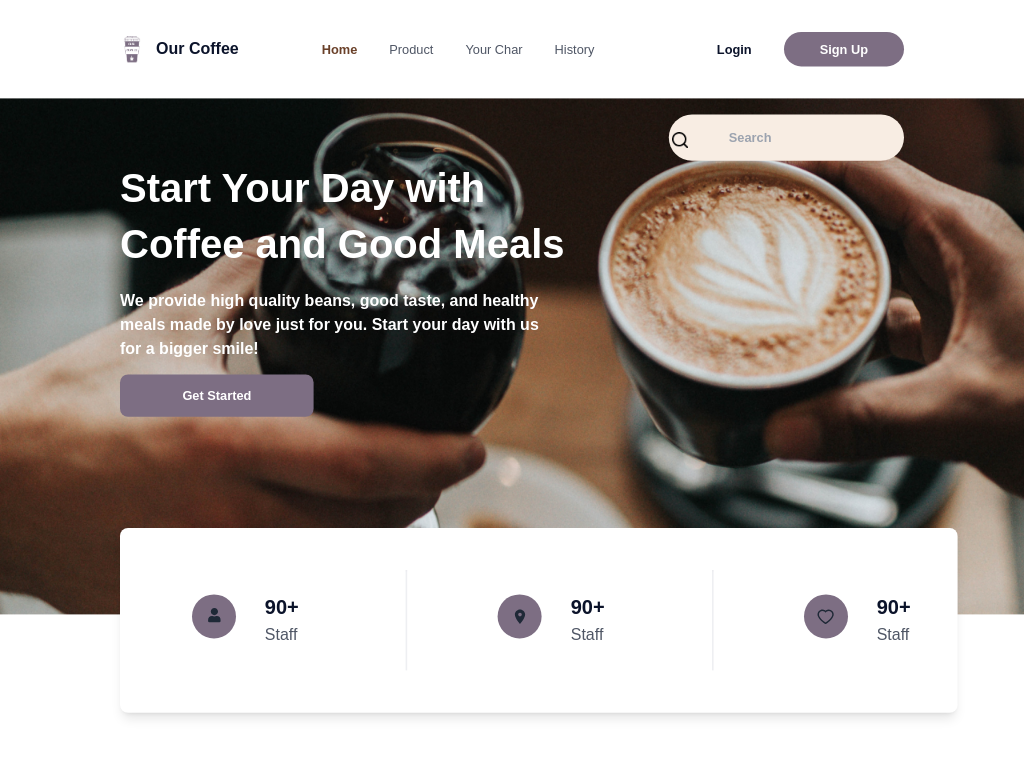
Repository: boykebn/fw12-collab2-FRONTEND
Page: / (app in our/)
An editor plug-in stored every save of this project. The page is shown before and after the next save, followed by the edit.
The browser window is 1280 px wide. The pictures show the whole page, at 80% of full size.
The project was rebuilt for these pictures with package versions that can differ from the ones it lists, and the page was loaded fresh each time. The framework's server and built-in components were replaced by stand-ins that run in the browser. Also part of the build but not shown: our/next.config.js.

Above is the page before, as saved 2022-12-30 22:33:45.

### our/pages/_app.js
import '../styles/globals.css'
import { Provider } from 'react-redux'
import {store} from '../redux/store'

export default function App({ Component, pageProps }) {
  return (
  <Provider store={store}>
    <Component {...pageProps} />
  </Provider>
  )
}

### our/pages/index.js
import React from "react";
import Image from "next/image";
import logo from "../assets/logoOurCoffee.png";
import Link from "next/link";
import search from "../assets/search.png";
import profileIcon from "../assets/profile-icon.png";
import { FaUser } from "react-icons/fa";
import { MdLocationOn } from "react-icons/md";
import { AiOutlineHeart } from "react-icons/ai";
import layer2 from "../assets/img-layer2.png";
export default function Home() {
  return (
    <div className="font-rubik">
      <div className="px-[150px] py-[45px] flex items-center">
        <div className="flex flex-1 items-center">
          <Image src={logo} alt="logo" className="w-[30px] h-[33px] mr-[15px]" />
          <span className="text-[#0B132A] text-[20px] font-bold leading-[23px]">Our Coffee</span>
        </div>
        <div className=" text-[#4F5665] text-[16px] mr-[153px]">
          <span className="font-bold text-[#6A4029] mr-[40px]">Home</span>
          <span className="mr-[40px]">Product</span>
          <span className="mr-[40px]">Your Char</span>
          <span>History</span>
        </div>
        <div className="text-[16px] font-[600] leading-[19px]">
          <Link href="#" className="mr-[40px] text-[#0B132A]">
            Login
          </Link>
          <Link href="#" className="text-white border-1 bg-[#7d6e83] py-[13px] px-[45px] rounded-[50px]">
            Sign Up
          </Link>
        </div>
      </div>
      <div className="bg-[url('../assets/background-home.png')] h-[645px] ">
        <div className="px-[150px] flex">
          <div className="pt-[78px] mr-auto">
            <p className="text-white text-[50px] font-bold leading-[70px] w-[570px] mb-[20px]">Start Your Day with Coffee and Good Meals</p>
            <p className="text-white text-[20px] font-bold leading-[30px] w-[555px] mb-[32px]">We provide high quality beans, good taste, and healthy meals made by love just for you. Start your day with us for a bigger smile!</p>
            <Link href="#" className="text-white text-[16px] font-bold border-1 px-[78px] py-[18px] bg-[#7d6e83] rounded-[10px]">
              Get Started
            </Link>
          </div>
          <div className="pt-[20px]">
            <Image src={search} alt="search" className="absolute top-[165px] right-[420px]" />
            <input placeholder="Search" className="focus:outline-none bg-[#f8ede3] py-[17px] pl-[75px] font-[900] rounded-[30px]" />
          </div>
        </div>
      </div>
      <div className="pl-[90px] pr-[59px] py-[53px] border-1 bg-white absolute left-[150px] top-[660px] rounded-[10px] flex items-center shadow-lg mb-[103px]">
        <div className="flex">
          <div className="mr-[36px]">
            <FaUser className="w-[16px] h-[18px] absolute left-[110px] top-[100px]" />
            <div className="border-1 bg-[#7d6e83] w-[55px] h-[55px] rounded-[50%] \"></div>
          </div>
          <div className="mr-[134px]">
            <p className="text-[#0B132A] text-[25px] font-bold leading-[30px] mb-[5px]">90+</p>
            <p className="text-[#4F5665] text-[20px] leading-[30px]">Staff</p>
          </div>
        </div>
        <hr className="bg-[#EEEFF2] w-[2px] h-[125px] mr-[113px]" />
        <div className="flex">
          <div className="mr-[36px]">
            <MdLocationOn className="w-[22px] h-[26px] absolute left-[489px] top-[98px]" />
            <div className="border-1 bg-[#7d6e83] w-[55px] h-[55px] rounded-[50%] \"></div>
          </div>
          <div className="mr-[134px]">
            <p className="text-[#0B132A] text-[25px] font-bold leading-[30px] mb-[5px]">90+</p>
            <p className="text-[#4F5665] text-[20px] leading-[30px]">Staff</p>
          </div>
        </div>
        <hr className="bg-[#EEEFF2] w-[2px] h-[125px] mr-[113px]" />
        <div className="flex">
          <div className="mr-[36px]">
            <AiOutlineHeart className="w-[24px] h-[28px] absolute left-[870px] top-[97px]" />
            <div className="border-1 bg-[#7d6e83] w-[55px] h-[55px] rounded-[50%] \"></div>
          </div>
          <div className="">
            <p className="text-[#0B132A] text-[25px] font-bold leading-[30px] mb-[5px]">90+</p>
            <p className="text-[#4F5665] text-[20px] leading-[30px]">Staff</p>
          </div>
        </div>
      </div>
      <div className="pt-[193px] px-[150px]">
        <div></div>
      </div>
    </div>
  );
}

### our/styles/globals.css
@tailwind base;
@tailwind components;
@tailwind utilities;

@import url("https://fonts.googleapis.com/css2?family=Rubik&display=swap");

### our/redux/store.js
import { configureStore } from '@reduxjs/toolkit';
import thunk from 'redux-thunk'
import reducer from './reducers';
import {persistStore} from 'redux-persist'

const store = configureStore({
    reducer,
    middleware: [thunk]
})

const persistor = persistStore(store)

export {store, persistor}

### our/redux/reducers/index.js
import {combineReducers} from '@reduxjs/toolkit';
import {persistReducer} from 'redux-persist'
import storage from 'redux-persist/lib/storage'
import auth from './auth'

const authConfig = {
    key: 'auth',
    storage
}

const reducer = combineReducers({
    auth: persistReducer(authConfig, auth),
})

export default reducer

### our/redux/reducers/auth.js
import {createSlice} from '@reduxjs/toolkit'

const initialState = {
    token: null
}

const authReducer = createSlice({
    name: 'auth',
    initialState,
    reducers: {
        logout: (state, action) => {
            return initialState
        }
    },
    extraReducers: (build) => {
    }
})

export const { logout } = authReducer.actions

export default authReducer.reducer

### our/tailwind.config.js
/** @type {import('tailwindcss').Config} */
module.exports = {
  content: ["./pages/**/*.{js,ts,jsx,tsx}", "./components/**/*.{js,ts,jsx,tsx}"],
  theme: {
    extend: {
      fontFamily: {
        rubik: ["Rubik", "sans-serif"],
      },
    },
  },
  plugins: [require("daisyui")],
};

After the next save:
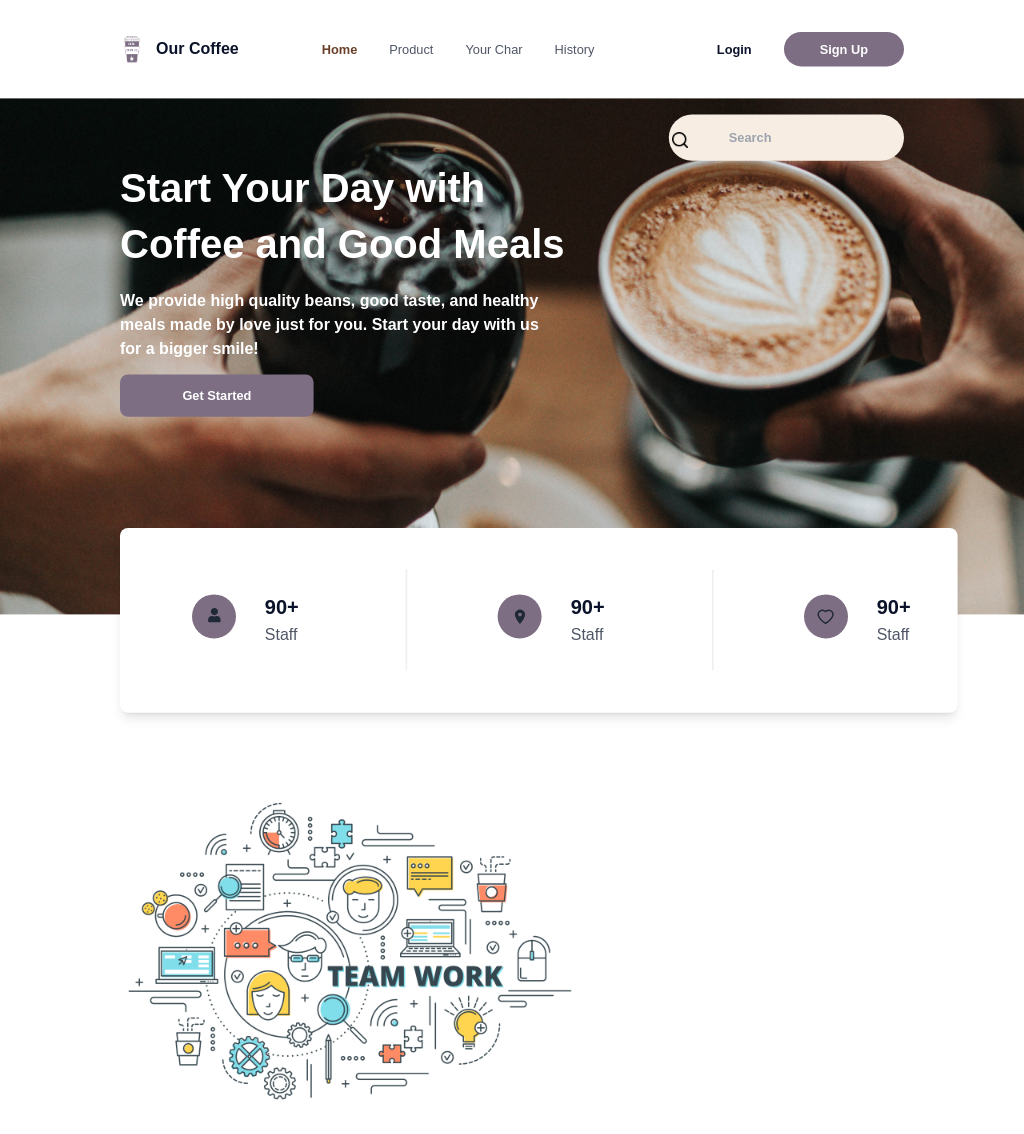
Saved 27 s later.
--- a/our/pages/index.js
+++ b/our/pages/index.js
@@ -81,7 +81,9 @@ export default function Home() {
         </div>
       </div>
       <div className="pt-[193px] px-[150px]">
-        <div></div>
+        <div>
+          <Image src={layer2} alt="img-layer-2" />
+        </div>
       </div>
     </div>
   );
